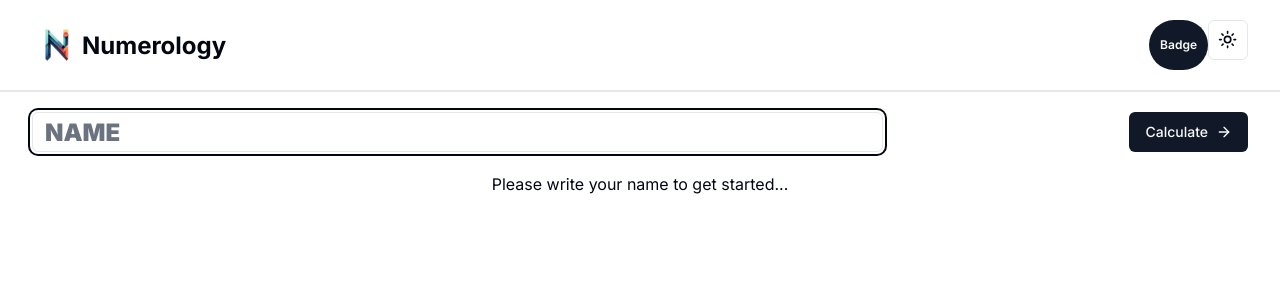
Repository: RaghunadhSahitDruvam/mynumerology
Page: /
An editor plug-in stored every save of this project. The page is shown before and after the next save, followed by the edit.
The browser window is 1280 px wide. The pictures show the whole page.
The project was rebuilt for these pictures with package versions that can differ from the ones it lists, and the page was loaded fresh each time. The framework's server and built-in components were replaced by stand-ins that run in the browser. Also part of the build but not shown: next.config.js, components/ui/alert-dialog.tsx.

Above is the page before, as saved 2023-12-21 08:02:03.

After the next save:
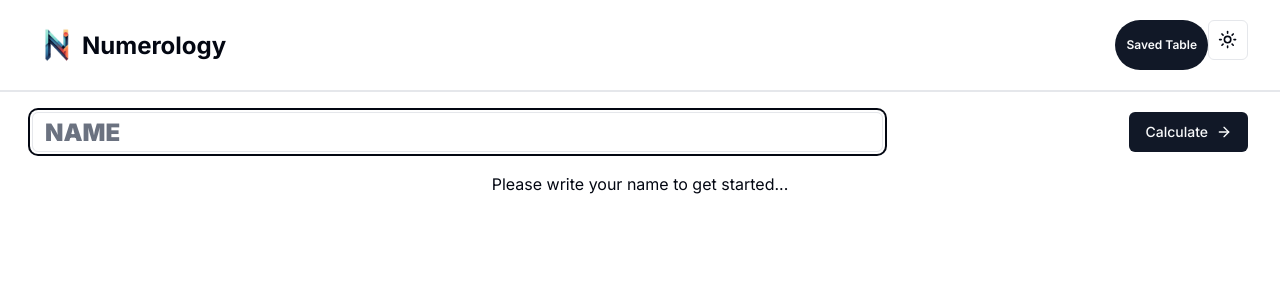
Saved 23 s later.
--- a/components/header.tsx
+++ b/components/header.tsx
@@ -13,7 +13,7 @@ const Header = () => {
           <span className="mt-[10px]">Numerology</span>
         </Link>
         <div className="flex">
-          <Badge variant="default">Badge</Badge>
+          <Badge variant="default">Saved Table</Badge>
 
           <ModeToggle />
         </div>
